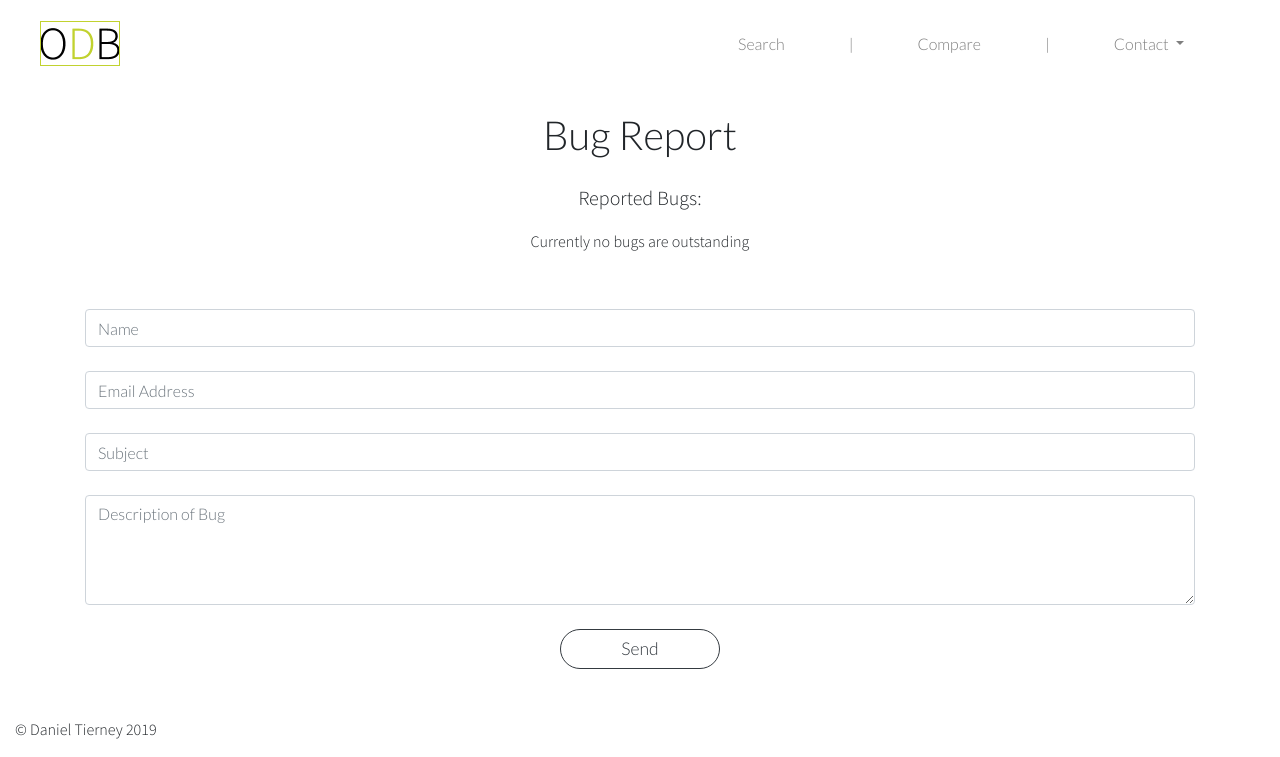
Repository: Cobonkoi/overwatch-dashboard
Page: bugreport.html
The author's editor kept a record of every edit. The page is drawn from the files as they stood at one moment, then again after the next edit.
The browser window is 1280 px wide. The pictures show the whole page.

Above is the page before.

After the next edit:
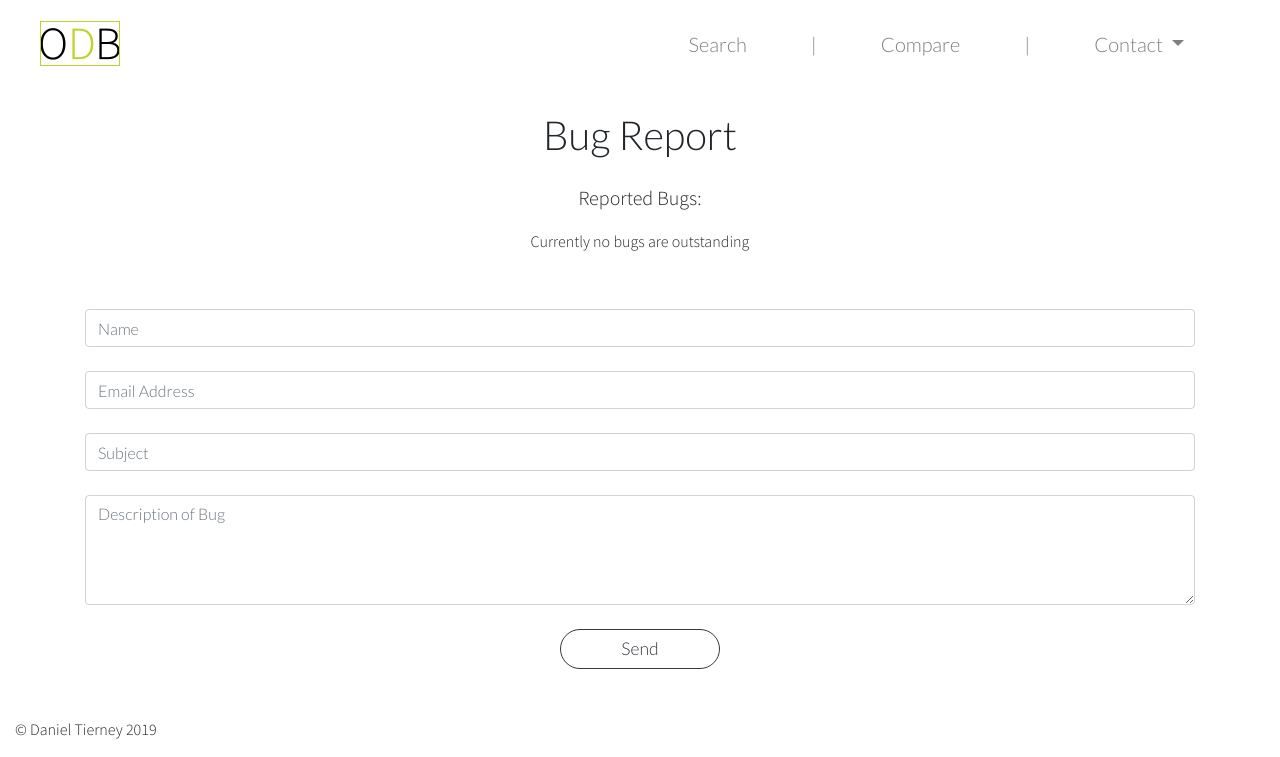
The edit:
--- a/assets/css/style.css
+++ b/assets/css/style.css
@@ -10,6 +10,12 @@
 
 p {
     font-family: 'Source Sans Pro', sans-serif;
+}
+
+/* -- NAVBAR -- */
+
+.navbar-nav {
+    font-size:1.25rem;
 }
 
 /* -- FOOTER -- */
